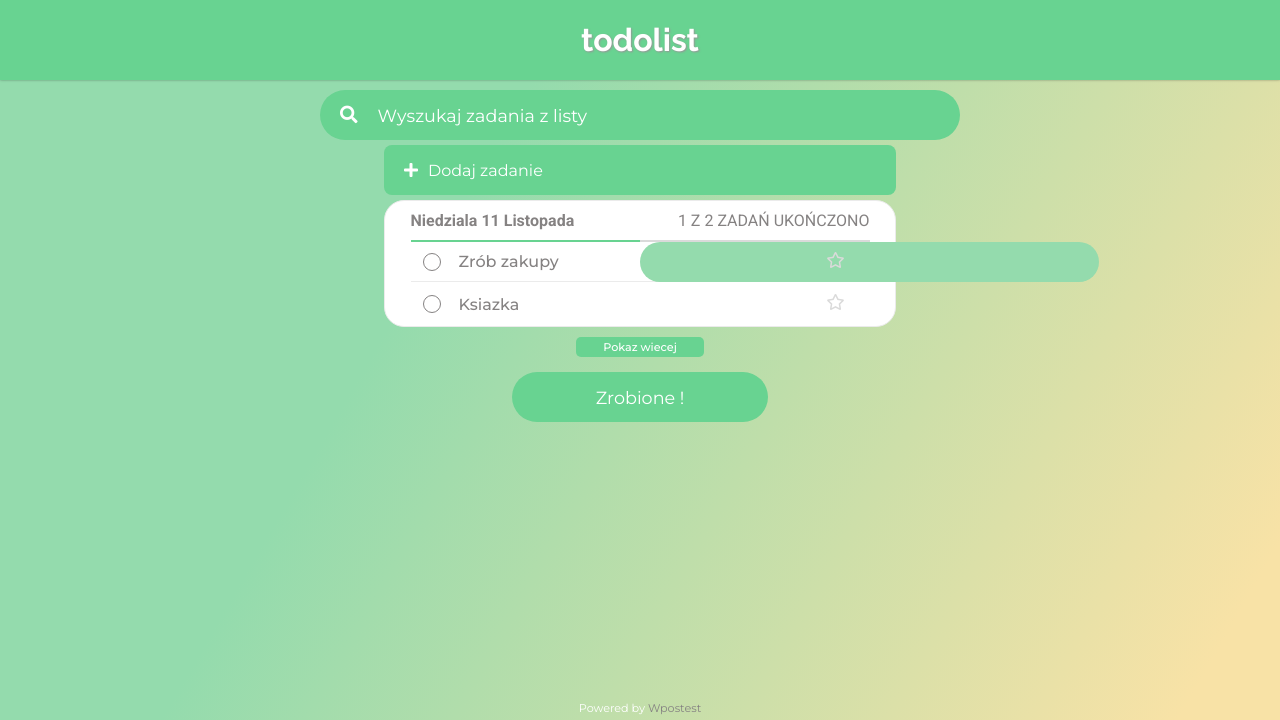
Repository: Wpostest/todolist
Page: src/index.html
These files come from the project's save history. The page is drawn as it stood at one moment and after the next save; the edit follows.
The browser window is 1280 px wide. The pictures show the whole page.
Some web libraries are served in a nearby version. The style sheet was rebuilt from its Sass, Less or Tailwind sources for each picture, by a compiler version that may differ from the author's.

Above is the page before, as saved 2020-01-29 16:09:11.

### src/index.html
<!DOCTYPE html>
<html lang="pl">
<head>
    <meta charset="UTF-8">
    <meta name="viewport" content="width=device-width, initial-scale=1.0">
    <meta http-equiv="X-UA-Compatible" content="ie=edge">
    <title>todolist</title>
    <link rel="stylesheet" href="css/app.css">
    <link href="https://fonts.googleapis.com/css?family=Lato:100,300,400,700|Montserrat:100,300,400,500,700|Open+Sans:300,400,700|Raleway:100,300,400,500,700|Roboto:100,300,400,500,700&display=swap" rel="stylesheet">
    <link rel="stylesheet" href="https://use.fontawesome.com/releases/v5.6.3/css/all.css" integrity="sha384-UHRtZLI+pbxtHCWp1t77Bi1L4ZtiqrqD80Kn4Z8NTSRyMA2Fd33n5dQ8lWUE00s/" crossorigin="anonymous">
</head>
<body>
    <header class="todolist__header">
        <h1 class="todolist__title">todolist</h1>
    </header>
    <section>
        <label class="todolist__search-wrapper" for="todolist__search">
            <i class="fas fa-search todolist__search-icon"></i>
            <input type="text" class="todolist__search" id="todolist__search" title="Szukaj" placeholder="Wyszukaj zadania z listy">
        </label>
        <label class="todolist__add-task-wrapper" for="todolist__add-task">
            <input type="text" class="todolist__add-task" id="todolist__add-task" title="Dodaj zadanie" placeholder="Dodaj zadanie">
            <i class="fas fa-plus todolist__add-task-icon"></i>
        </label>

        <ul class="todolist">
            <div class="todolist__information">
                <div class="todolist__current-time">Niedziala 11 Listopada</div>
                <div class="todolist__task-done-info">
                    <span class="todolist__count-done-task">1</span>
                    z
                    <span class="todolist__count-all-task">2</span>
                    zadań ukończono
                </div>
                <div class="todolist__line-done-percentage"></div>
            </div>
            <li class="todolist__task">
                <input type="checkbox" class="todolist__checkbox-done">
                <span>Zrób zakupy</span>
                <input type="checkbox" class="todolist__checkbox-star">
                <div class="checbox-done_background_animation"></div>
            </li>
            <li class="todolist__task">
                    <input type="checkbox" class="todolist__checkbox-done">
                    <span>Ksiazka</span>
                    <input type="checkbox" class="todolist__checkbox-star">
                </li>
            <!--<li>TEXT<input type="checkbox"><button>star-icon</button></li>-->
            <!--
                LISTA MA MIEC MAKSYMALNA WYSOKOSC PRZYCISK POKAZ WIECEJ MA USUWAC OGRANICZENIA WYSOKOSCI LUB WYSWIETLANYCH ELEMENTOW
                JEZELI UKONCZYSZ WSZYSTKIE ZADANIA MA POKAZAC SIE FAJNA ANIMACJA I ZNIKNAC PO KILKU SEKUNDACH
                CHECKBOX MA POKAZYWAC SIE Z LEWEJ STRONY
            -->
        </ul>
        <button class="todolist__show-more" title="Pokaż więcej zadań">Pokaz wiecej</button>
        <button class="todolist__done" title="Usuń skończone zadania z listy">Zrobione !</button>
    </section>
    <footer>
        <h6 class="todolist__copywrite">Powered by <a href="https://github.com/Wpostest/">Wpostest</a></h6>
    </footer>
    <script src="js/app.js"></script>
</body>
</html>

### src/sass/app.scss
@import 'reset';
@import 'variables';
@import 'components/checkboxes/checkbox_done.scss';
@import 'components/checkboxes/checkbox_star.scss';
@import 'todolist/todolist';

### src/sass/reset.scss
html, body, div, span, applet, object, iframe, h1, h2, h3, h4, h5, h6, p, blockquote, pre, a, abbr, acronym, address, big, cite, code, del, dfn, em, img, ins, kbd, q, s, samp, small, strike, strong, sub, sup, tt, var, b, u, i, center, dl, dt, dd, ol, ul, li, fieldset, form, label, legend, table, caption, tbody, tfoot, thead, tr, th, td, article, aside, canvas, details, embed, figure, figcaption, footer, header, hgroup, menu, nav, output, ruby, section, summary, time, mark, audio, video, input {
    margin: 0;
    padding: 0;
    border: 0;
    font-size: 100%;
    font: inherit;

    // Sposób wyliczania wysokości i szerokości elementu.
    // Szerokość elementu np 25% zawiera już paddingi oraz border.
    box-sizing: border-box;

    vertical-align: baseline; }

article, aside, details, figcaption, figure, footer, header, hgroup, menu, nav, section {
    display: block; }

a {
    text-decoration: none;
    outline: none;
}

button {
    outline: none;
}

ol, ul {
    list-style: none; }

blockquote, q {
    quotes: none; }

blockquote {
    &:before, &:after {
        content: '';
        content: none; } }

q {
    &:before, &:after {
        content: '';
        content: none; } }

table {
    border-collapse: collapse;
    border-spacing: 0; }

### src/sass/variables.scss
$background_primary: #68d391;
$background_secoundary: #94dbad;
$font-color_primary: #fff;
$font-color_secoundary: rgb(133, 130, 130);
$font-family_primary: 'Montserrat', sans-serif;
$font-family_secoundary: 'Roboto', sans-serif;
$font-size_xxl: 2rem;
$font-size_xl: 1.5rem;
$font-size_l: 1.1rem;
$font-size_m: 1rem;
$font-size_s: .9rem;
$font-size_xs: .7rem;
$font-size_xxs: .5rem;

### src/sass/components/checkboxes/checkbox_done.scss
.todolist__checkbox-done{
    position: relative;
    -webkit-appearance: none;
    display: inline-block;
    width: 18px;
    height: 18px;
    background-color: #fff;
    border-radius: 50%;
    border: 1px solid $font-color_secoundary;
    outline: none;
    margin-left: 12px;
    margin-right: 18px;
    cursor: pointer;
    z-index: 1;

    &::after{
        position: absolute;
        width: 100%;
        height: 100%;
        top: 13px;
        left: 12px;
        transform: translate(-50%, -50%);
        color: $font-color_primary;
        font-family: "Font Awesome 5 Free";
        font-weight: 900;
        content: "\f00c";
        font-size: 10px;
        opacity: 0;
    }

    &:checked{
        border: none;
        background-color: $background_primary;

        &~ span{
            text-decoration: line-through;
            color: $font-color_primary;
        }

        & ~ .checbox-done_background_animation{
            opacity: 1;
            transform: scaleX(400);
        }

        & ~ .todolist__checkbox-star::after{
            color: $font-color_primary;
        }

        &::after{
            opacity: 1;
        }
    }
}

.checbox-done_background_animation{
    position: absolute;
    top: 0px;
    left: 50%;
    height: inherit;
    width: 100%;
    background: $background_secoundary;
    border-radius: 20px;
    transition: transform .3s, opacity .2s;
    z-index: 0;
    opacity: 1;
}

### src/sass/components/checkboxes/checkbox_star.scss
.todolist__checkbox-star{
    position: absolute;
    top: 50%;
    transform: translateY(-25%);
    right: 25px;
    width: 50px;
    height: 100%;
    -webkit-appearance: none;
    outline: none;
    text-align: right;
    z-index: 1;

    &::after{
        font-family: "Font Awesome 5 Free";
        font-weight: 500;
        content: "\f005";
        position: absolute;
        top: 0;
        left: 0;
        width: 100%;
        height: 100%;
        font-size: 1rem;
        opacity: 1;
        visibility: visible;
        color: #dadada;
    }

    &::before{
        font-family: "Font Awesome 5 Free";
        font-weight: 900;
        content: "\f005";
        position: absolute;
        top: 0;
        left: 0;
        width: 100%;
        height: 100%;
        color: #fff;
        font-size: 1rem;
        opacity: 0;
        visibility: hidden;
        color: #ffe46b;
    }

    &:checked{
        &::after{
            opacity: 0;
            visibility: hidden;
        }

        &::before{
            opacity: 1;
            visibility: visible;
        }
    }
}

### src/sass/todolist/todolist.scss
body{
    background: rgb(148,219,173);
    background: linear-gradient(120deg, rgba(148,219,173,1) 34%, rgba(248,226,166,1) 94%);
    height: 100vh;
}

.todolist__header{
    width: 100%;
    height: 80px;
    background-color: $background_primary;
    box-shadow: 0px -1px 3px 0px rgba(0,0,0,0.75);
    margin-bottom: 10px;

    .todolist__title{
        color: $font-color_primary;
        font-size: 2rem;
        font-family: 'Raleway', sans-serif;
        font-weight: 600;
        text-align: center;
        text-shadow: 1px 1px 2px rgba(150, 150, 150, 1);
        line-height: 80px;
    }
}

section{
    display: flex;
    flex-direction: column;
    align-items: center;
}

.todolist__search-wrapper{
    background-color: $background_primary;
    width: 50%;
    height: 50px;
    border-radius: 50px;
    display: flex;
    flex-direction: row;
    justify-content: flex-start;
    align-items: center;
    margin-bottom: 5px;

    &:hover{
        //box-shadow: 0 1px 2px 0 rgba(32,33,36,0.28);
    }

    .todolist__search-icon{
        color: $font-color_primary;
        margin-left: 20px;
        font-size: $font-size_l;
    }

    .todolist__search{
        color: $font-color_primary;
        outline: none;
        margin-left: 20px;
        margin-right: 50px;
        width: 100%;
        height: 80%;
        background-color: $background_primary;
        font-size: $font-size_l;
        font-family: $font-family_primary;

        &::placeholder{
            color: $font-color_primary;
        }

        &:focus{
            &::placeholder{
                opacity: 0;
                visibility: hidden;
            }
        }
    }
}

.todolist__add-task-wrapper{
    background-color: $background_primary;
    width: 40%;
    height: 50px;
    border-radius: 8px;
    display: flex;
    flex-direction: row-reverse;
    justify-content: flex-start;
    align-items: center;
    margin-bottom: 5px;

    .todolist__add-task-icon{
        color: $font-color_primary;
        margin-left: 20px;
        font-size: $font-size_m;
    }

    .todolist__add-task{
        color: $font-color_primary;
        outline: none;
        margin-left: 10px;
        margin-right: 50px;
        width: 100%;
        height: 80%;
        background-color: $background_primary;
        font-size: $font-size_m;
        font-family: $font-family_primary;

        &:hover{
            //box-shadow: 0 1px 2px 0 rgba(32,33,36,0.28);
        }

        &::placeholder{
            color: $font-color_primary;
        }

        &:focus{
            &::placeholder{
                opacity: 0;
                visibility: hidden;
            }

            & ~ .todolist__add-task-icon{
                transition: transform .7s;
                transform: rotate(360deg);
            }
        }
    }
}

.todolist{
    width: 40%;
    background: #fff;
    border-radius: 20px;
    border: 1px solid #ebebeb;
    margin-bottom: 10px;

    .todolist__task{

        span{
            z-index: 1;
        }
    }

    .todolist__information{
        width: 90%;
        margin-left: auto;
        margin-right: auto;
        color: $font-color_secoundary;
        font-weight: 600;
        padding-top: 10px;
        font-family: $font-family_secoundary;
        display: flex;
        flex-direction: row;
        flex-wrap: wrap;

        .todolist__current-time{
            font-size: $font-size_m;
            width: 50%;
        }

        .todolist__task-done-info{
            font-weight: 400;
            width: 50%;
            text-align: right;
            text-transform: uppercase;
        }

        .todolist__line-done-percentage{
            width: 100%;
            height: 2px;
            background: linear-gradient(to right, $background_primary 0%, $background_primary 50%, #dadada 50%, #dadada 100%);
            margin-top: 10px;
        }
    }

    .todolist__task{
        margin-left: auto;
        margin-right: auto;
        width: 90%;
        color: $font-color_secoundary;
        height: 40px;
        background-color: #fff;
        font-size: $font-size_m;
        font-weight: 500;
        font-family: $font-family_primary;
        display: flex;
        flex-direction: row;
        justify-content: flex-start;
        align-items: center;
        margin-bottom: 2px;
        position: relative;
        border-bottom: 1px solid #ebebeb;

        &:last-child{
            border: none;
        }
    }
}

.todolist__show-more{
    background-color: $background_primary;
    border: none;
    border-radius: 5px;
    width: 10%;
    height: 20px;
    color: $font-color_primary;
    font-size: $font-size_xs;
    font-weight: 500;
    font-family: $font-family_primary;
    cursor: pointer;
    margin-bottom: 15px;
}

.todolist__done{
    background-color: $background_primary;
    border: none;
    border-radius: 25px;
    width: 20%;
    height: 50px;
    color: $font-color_primary;
    font-size: $font-size_l;
    font-family: $font-family_primary;
    cursor: pointer;
    transition: transform .5s;
}

.todolist__copywrite{
    font-size: $font-size_xs;
    color: $font-color_primary;
    position: absolute;
    left: 50%;
    bottom: 5px;
    transform: translateX(-50%);
    font-family: $font-family_primary;

    a{
        color: $font-color_secoundary;
    }
}

Loaded but not shown: src/js/app.js (no stored copy; drawn as an empty file)

After the next save:
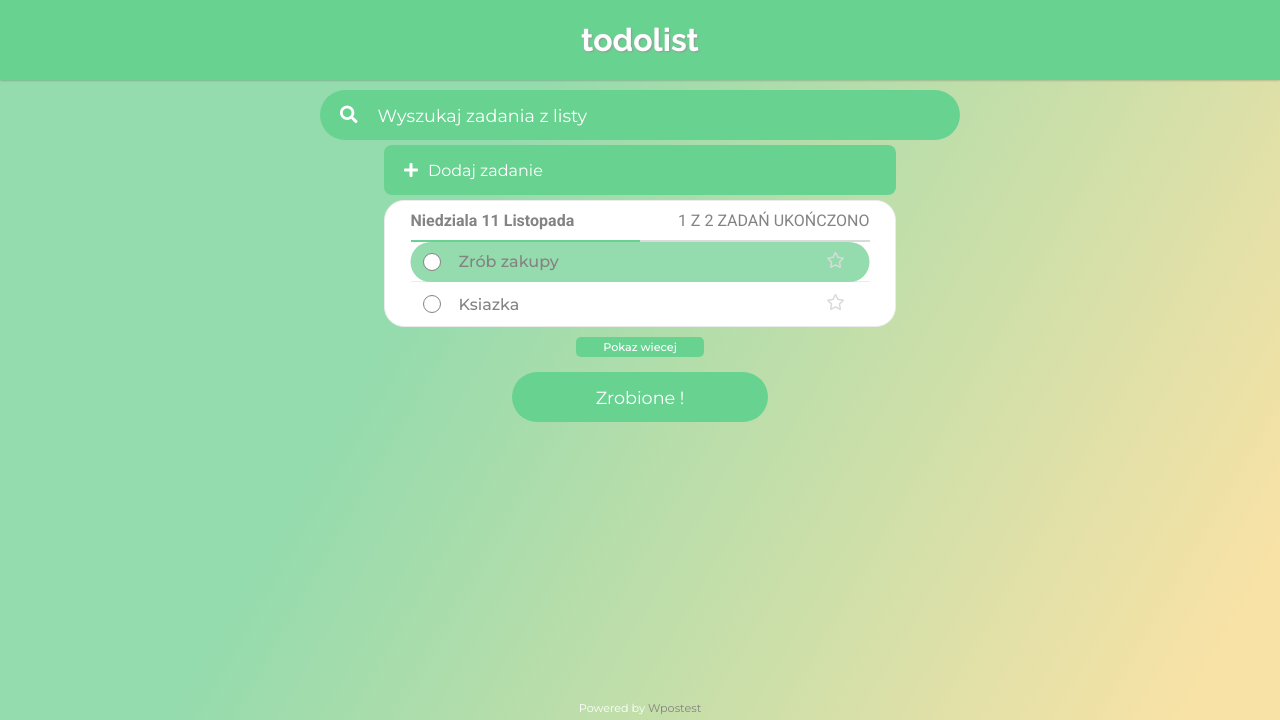
Saved 17 s later.
--- a/src/sass/components/checkboxes/checkbox_done.scss
+++ b/src/sass/components/checkboxes/checkbox_done.scss
@@ -56,6 +56,7 @@
     position: absolute;
     top: 0px;
     left: 50%;
+    transform: translateX(-50%);
     height: inherit;
     width: 100%;
     background: $background_secoundary;
